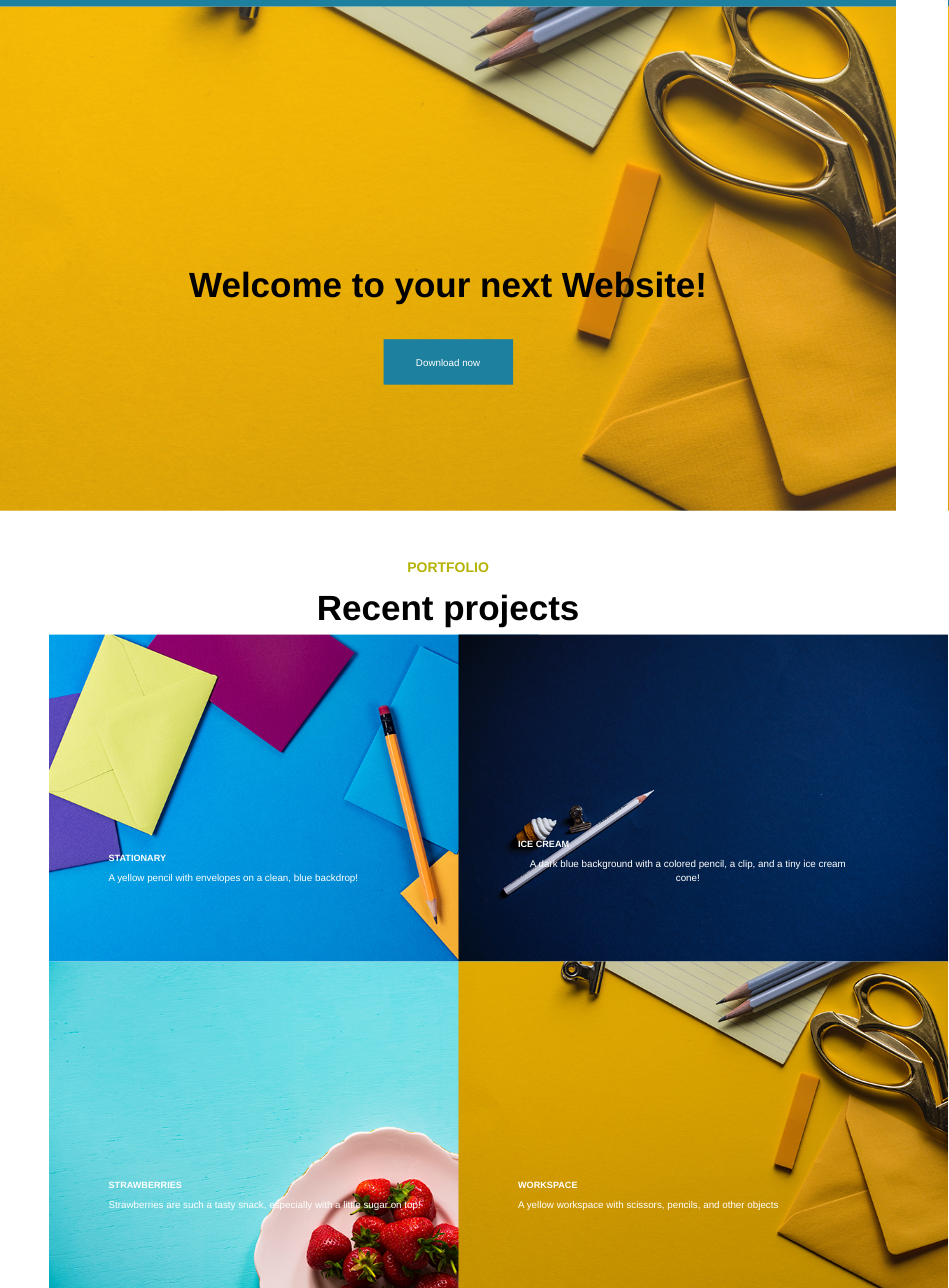
Repository: codin-full-stack/tomasz
Page: http://localhost/tomasz/portfolio/index.php
An editor plug-in stored every save of this project. The page is shown before and after a run of saves, followed by the edit.
The browser window is 1280 px wide. The page is 1355 px wide, so the pictures cover 1355 px, including what lies to the right of the window. The pictures show the part of the page from y = 1702 to 3542 px (the page is 3542 px tall), at 70% of full size.
Some web libraries are served in a nearby version. The page is run by PHP 8.4 with error messages shown; the project is at /var/www/html/.

Above is the page before, as saved 2018-10-23 09:18:20.

After the next 2 saves:
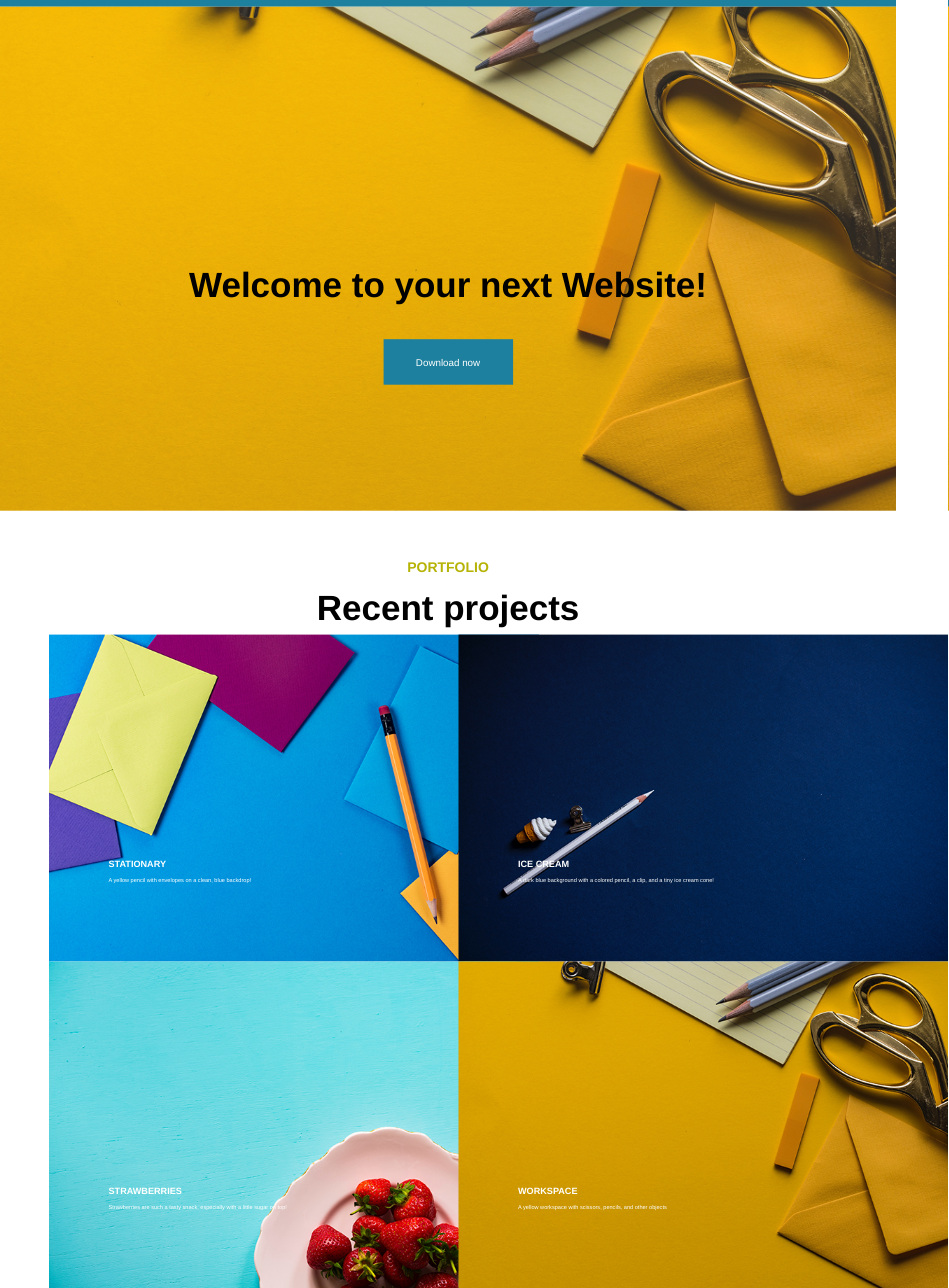
The 2 saves are shown as one change because they came seconds apart.
The last was saved 17 s later.
--- a/portfolio/styles.css
+++ b/portfolio/styles.css
@@ -133,6 +133,8 @@ body {
 
 .photobox p {
     color: #ffffff;
+    text-align: left;
+    font-size: 8px;
 }
 .container-fluid {
 
